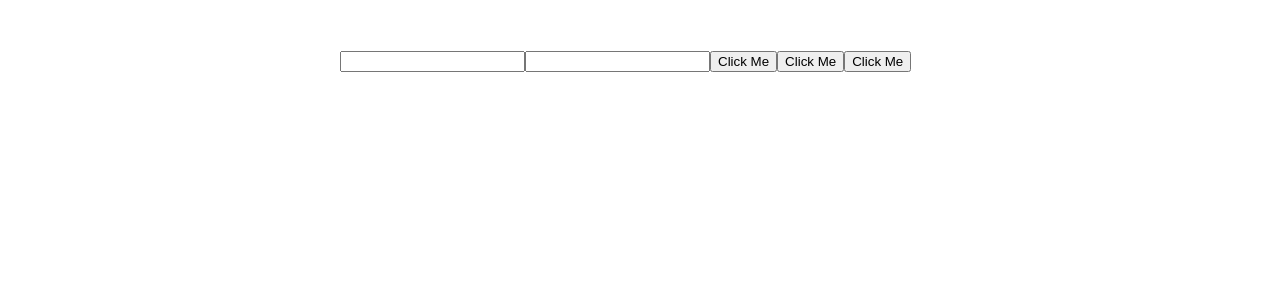
Repository: rafimohammad839/React-Time-App
Page: /
These files come from the project's save history. The page is drawn as it stood at one moment and after the next save; the edit follows.
The browser window is 1280 px wide. The pictures show the whole page.
The project was rebuilt for these pictures with package versions that can differ from the ones it lists, and the page was loaded fresh each time.

Above is the page before, as saved 2022-06-26 11:39:19.

### src/index.js
import React from "react";
import ReactDOM from "react-dom/client";
import { TimeProvider } from "./contexts/TimeContext";
import App from "./App";
import "./index.css";

const root = ReactDOM.createRoot(document.getElementById("root"));
root.render(
  <React.StrictMode>
    <TimeProvider>
      <App />
    </TimeProvider>
  </React.StrictMode>
);

### src/contexts/TimeContext.js
import { createContext } from "react";

const TimeContext = createContext({

});

export const TimeProvider = ({ children }) => {
  return (
    <TimeContext.Provider>
      {children}
    </TimeContext.Provider>
  )
}

### src/App.js
import Timer from "./components/Timer";

function App() {
  return (
    <div className="timer-container">
      <Timer />
    </div>
  );
}

export default App;

### src/index.css
body {
  margin: 0;
  font-family: -apple-system, BlinkMacSystemFont, 'Segoe UI', 'Roboto', 'Oxygen',
    'Ubuntu', 'Cantarell', 'Fira Sans', 'Droid Sans', 'Helvetica Neue',
    sans-serif;
  -webkit-font-smoothing: antialiased;
  -moz-osx-font-smoothing: grayscale;
}

code {
  font-family: source-code-pro, Menlo, Monaco, Consolas, 'Courier New',
    monospace;
}

.timer-container {
  width: 600px;
  margin: 50px auto;
}

### src/components/Timer.js
import React from "react";
import Button from "./Button";
import Input from "./Input";

const Timer = () => {
  const handleChange = (e) => {};

  const handleClick = (e) => { };

  const handleSubmit = (e) => {
    e.preventDefault();
  }

  return (
    <div className="form-container">
      <form onSubmit={handleSubmit}>
        <Input
          inputOptions={{
            type: "number",
            className: "minute",
            value: {},
            name: {},
            onChange: { handleChange },
          }}
        />
        <Input
          inputOptions={{
            type: "number",
            className: "second",
            value: {},
            name: {},
            onChange: { handleChange },
          }}
        />
        <Button
          buttonOptions={{
            type: "submit",
            className: "primary",
          }}
        />
        <Button
          buttonOptions={{
            type: "button",
            className: "secondary",
            onClick: { handleClick },
          }}
        />
        <Button
          buttonOptions={{
            type: "button",
            className: "danger",
            onClick: { handleClick },
          }}
        />
      </form>
    </div>
  );
};

export default Timer;

### src/components/Button.js
import React from 'react'

const Button = ({ buttonOptions }) => {
  return (
    <button {...buttonOptions}>Click Me</button>
  )
}

export default Button

### src/components/Input.js
import React from 'react'

const Input = ({ inputOptions }) => {
  return (
    <input {...inputOptions} />
  )
}

export default Input

Loaded but not shown: public/index.html (common file)

After the next save:
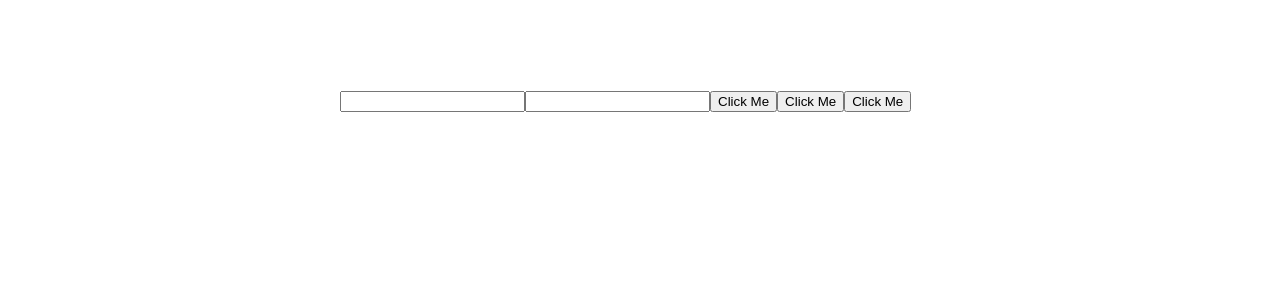
Saved 15 s later.
--- a/src/index.css
+++ b/src/index.css
@@ -14,5 +14,5 @@ code {
 
 .timer-container {
   width: 600px;
-  margin: 50px auto;
+  margin: 90px auto;
 }
